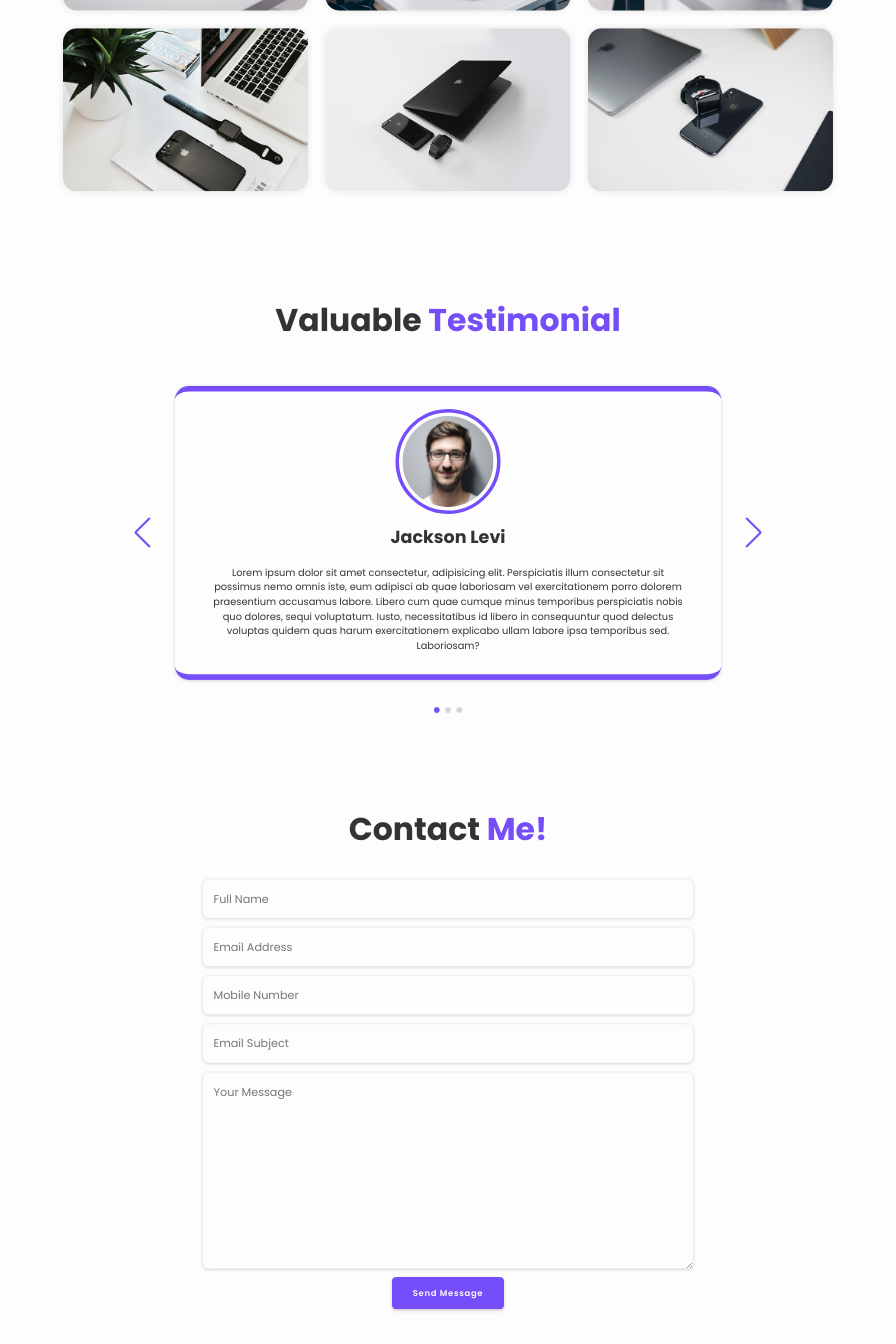
Repository: Gabi-Augusto/Portfolio
Page: index.html
The author's editor kept a copy of each file at every save. The page is drawn from the files as they stood at one save, then again after the next save.
The browser window is 1280 px wide. The pictures show the part of the page from y = 2536 to 4456 px (the page is 4456 px tall before and 4337 px after), at 70% of full size.

Above is the page before, as saved 2023-11-29 20:58:06.

### index.html
<!DOCTYPE html>
<html lang="en">

<head>
    <meta charset="UTF-8">
    <meta http-equiv="X-UA-Compatible" content="IE=edge">
    <meta name="viewport" content="width=device-width, initial-scale=1.0">
    <title>Portfolio Website Design | Gabriela Augusto</title>

    <!-- swiper css -->
    <link rel="stylesheet" href="https://cdn.jsdelivr.net/npm/swiper@9/swiper-bundle.min.css" />

    <!-- box icons -->
    <link href='https://unpkg.com/boxicons@2.1.4/css/boxicons.min.css' rel='stylesheet'>

    <!-- custom css -->
    <link rel="stylesheet" href="css/style.css">
</head>

<body>

    <!-- header design -->
    <header class="header">
        <a href="#" class="logo">Portfolio.</a>

        <nav class="navbar">
            <a href="#home" class="active">Home</a>
            <a href="#about">About</a>
            <a href="#services">Services</a>
            <a href="#portfolio">Portfolio</a>
            <a href="#contact">Contact</a>
        </nav>

        <div class="bx bx-moon" id="darkMode-icon"></div>
    </header>

    <!-- home section design -->
    <section class="home" id="home">
        <div class="home-content">
            <h3>Hello, I am</h3>
            <h1>Gabriela Augusto</h1>
            <p>Lorem ipsum, dolor sit amet consectetur adipisicing elit. Veritatis sequi amet numquam sunt eius quae deleniti dolore voluptatum.</p>

            <div class="social-media">
                <a href="#"><i class='bx bxl-instagram-alt'></i></a>
                <a href="#"><i class='bx bxl-linkedin' ></i></a>
                <a href="#"><i class='bx bxl-github' ></i></a>
            </div>

            <a href="#" class="btn">Download CV</a>
        </div>

        <div class="profession-container">
            <div class="profession-box">
                <div class="profession" style="--i:0;">
                    <i class='bx bx-cloud'></i>
                    <h3>Salesforce Developer</h3>
                </div>
                <div class="profession" style="--i:1;">
                    <i class='bx bx-bulb'></i>
                    <h3>Business Analyst</h3>
                </div>
                <div class="profession" style="--i:2;">
                    <i class='bx bx-palette'></i>
                    <h3>Web Designer</h3>
                </div>
                <div class="profession" style="--i:3;">
                    <i class='bx bx-code-alt' ></i>
                    <h3>FullStack Developer</h3>
                </div>
                <div class="circle"></div>
            </div>
            <div class="overlay"></div>
        </div>
        <div class="home-img">
            <img src="imagens/home.png" alt="">
        </div>
    </section>

    <!-- about section design -->

    <section class="about" id="about">
        <div class="about-img">
            <img src="imagens/about.png" alt="">
        </div>

        <div class="about-content">
            <h2 class="heading">About <span>Me</span></h2>
            <h3>Hi, I'm Here To Help Your Next Project!</h3>
            <p>Lorem ipsum dolor sit, amet consectetur adipisicing elit. Consequatur laudantium reiciendis voluptates maxime optio cumque accusantium sunt temporibus cupiditate! Sed mollitia id doloribus nesciunt odit harum, praesentium aliquid. Soluta, harum est eveniet quos provident veritatis eaque ullam voluptate laudantium deleniti?</p>
            <a href="#" class="btn">Read More</a>
        </div>
    </section>

    <!-- services section design -->

    <section class="services" id="services">
        <h2 class="heading">My <span>Services</span></h2>

        <div class="services-container">
            <div class="services-box">
                <i class='bx bx-code-alt' ></i>
                <h3>Salesforce Development</h3>
                <p>Lorem ipsum dolor sit amet consectetur adipisicing elit. Corrupti quidem blanditiis error dignissimos. Quos eligendi totam quod nesciunt modi harum incidunt accusamus.</p>
                <a href="#" class="btn">Read More</a>
            </div>
            <div class="services-box">
                <i class='bx bxs-paint'></i>
                <h3>Graphic Design</h3>
                <p>Lorem ipsum dolor sit amet consectetur adipisicing elit. Corrupti quidem blanditiis error dignissimos. Quos eligendi totam quod nesciunt modi harum incidunt accusamus.</p>
                <a href="#" class="btn">Read More</a>
            </div>
            <div class="services-box">
                <i class='bx bx-bar-chart-alt'></i>
                <h3>Digital Marketing</h3>
                <p>Lorem ipsum dolor sit amet consectetur adipisicing elit. Corrupti quidem blanditiis error dignissimos. Quos eligendi totam quod nesciunt modi harum incidunt accusamus.</p>
                <a href="#" class="btn">Read More</a>
            </div>
        </div>
    </section>

    <!-- portfolio section design -->

    <section class="portfolio" id="portfolio">
        <h2 class="heading">Latest <span>Project</span></h2>

        <div class="portfolio-container">
            <div class="portfolio-box">
                <img src="imagens/portfolio1.jpg" alt="">

                <div class="portfolio-layer">
                    <h4>Web Desing</h4>
                    <p>Lorem ipsum dolor sit amet consectetur adipisicing elit. Asperiores, ut possimus!</p>
                    <a href="#"><i class='bx bx-link-external' ></i></a>
                </div>
            </div>

            <div class="portfolio-box">
                <img src="imagens/portfolio2.jpg" alt="">

                <div class="portfolio-layer">
                    <h4>Web Desing</h4>
                    <p>Lorem ipsum dolor sit amet consectetur adipisicing elit. Asperiores, ut possimus!</p>
                    <a href="#"><i class='bx bx-link-external' ></i></a>
                </div>
            </div>

            <div class="portfolio-box">
                <img src="imagens/portfolio3.jpg" alt="">

                <div class="portfolio-layer">
                    <h4>Web Desing</h4>
                    <p>Lorem ipsum dolor sit amet consectetur adipisicing elit. Asperiores, ut possimus!</p>
                    <a href="#"><i class='bx bx-link-external' ></i></a>
                </div>
            </div>

            <div class="portfolio-box">
                <img src="imagens/portfolio4.jpg" alt="">

                <div class="portfolio-layer">
                    <h4>Web Desing</h4>
                    <p>Lorem ipsum dolor sit amet consectetur adipisicing elit. Asperiores, ut possimus!</p>
                    <a href="#"><i class='bx bx-link-external' ></i></a>
                </div>
            </div>

            <div class="portfolio-box">
                <img src="imagens/portfolio5.jpg" alt="">

                <div class="portfolio-layer">
                    <h4>Web Desing</h4>
                    <p>Lorem ipsum dolor sit amet consectetur adipisicing elit. Asperiores, ut possimus!</p>
                    <a href="#"><i class='bx bx-link-external' ></i></a>
                </div>
            </div>

            <div class="portfolio-box">
                <img src="imagens/portfolio6.jpg" alt="">

                <div class="portfolio-layer">
                    <h4>Web Desing</h4>
                    <p>Lorem ipsum dolor sit amet consectetur adipisicing elit. Asperiores, ut possimus!</p>
                    <a href="#"><i class='bx bx-link-external' ></i></a>
                </div>
            </div>

        </div>
    </section>

    <!-- testimonial design -->

    <div class="testimonial-container">
        <h2 class="heading">Valuable <span>Testimonial</span></h2>

        <div class="testimonial-wrapper">
            <div class="testimonial-box mySwiper">
                <div class="testimonial-content swiper-wrapper">
                    <div class="testimonial-slide swiper-slide">
                        <img src="imagens/testimonial1.jpg" alt="">
                        <h3>Jackson Levi</h3>
                        <p>Lorem ipsum dolor sit amet consectetur, adipisicing elit. Perspiciatis illum consectetur sit possimus nemo omnis iste, eum adipisci ab quae laboriosam vel exercitationem porro dolorem praesentium accusamus labore. Libero cum quae cumque minus temporibus perspiciatis nobis quo dolores, sequi voluptatum. Iusto, necessitatibus id libero in consequuntur quod delectus voluptas quidem quas harum exercitationem explicabo ullam labore ipsa temporibus sed. Laboriosam?</p>
                    </div>

                    <div class="testimonial-slide swiper-slide">
                        <img src="imagens/testimonial2.jpg" alt="">
                        <h3>Flora Ocean</h3>
                        <p>Lorem ipsum dolor sit amet consectetur, adipisicing elit. Perspiciatis illum consectetur sit possimus nemo omnis iste, eum adipisci ab quae laboriosam vel exercitationem porro dolorem praesentium accusamus labore. Libero cum quae cumque minus temporibus perspiciatis nobis quo dolores, sequi voluptatum. Iusto, necessitatibus id libero in consequuntur quod delectus voluptas quidem quas harum exercitationem explicabo ullam labore ipsa temporibus sed. Laboriosam?</p>
                    </div>

                    <div class="testimonial-slide swiper-slide">
                        <img src="imagens/testimonial3.jpg" alt="">
                        <h3>Julian Grayson</h3>
                        <p>Lorem ipsum dolor sit amet consectetur, adipisicing elit. Perspiciatis illum consectetur sit possimus nemo omnis iste, eum adipisci ab quae laboriosam vel exercitationem porro dolorem praesentium accusamus labore. Libero cum quae cumque minus temporibus perspiciatis nobis quo dolores, sequi voluptatum. Iusto, necessitatibus id libero in consequuntur quod delectus voluptas quidem quas harum exercitationem explicabo ullam labore ipsa temporibus sed. Laboriosam?</p>
                    </div>
                </div>

                <div class="swiper-button-next"></div>
                <div class="swiper-button-prev"></div>
                <div class="swiper-pagination"></div>

            </div>
        </div>
    </div>

    <!-- contact section design -->

    <section class="contact" id="contact">
        <h2 class="heading">Contact <span>Me!</span></h2>

        <form action="#">

            <div class="input-box">
                <input type="text" placeholder="Full Name">
                <input type="email" placeholder="Email Address">
            </div>

            <div class="input-box">
                <input type="number" placeholder="Mobile Number">
                <input type="text" placeholder="Email Subject">
            </div>
            <textarea name="" id="" cols="30" rows="10" placeholder="Your Message"></textarea>
            <input type="submit" value="Send Message" class="btn">
        </form>
    </section>

    <!-- footer design -->


    <!-- scroll reveal -->
    <script src="https://unpkg.com/scrollreveal"></script>

    <!-- swiper js -->
    <script src="https://cdn.jsdelivr.net/npm/swiper@9/swiper-bundle.min.js"></script>

    <!-- custom js -->
    <script src="js/script.js"></script>
</body>

</html>

### css/style.css
@import url('https://fonts.googleapis.com/css2?family=Poppins:wght@300;400;500;600;700;800;900&display=swap');

* {
    margin: 0;
    padding: 0;
    box-sizing: border-box;
    text-decoration: none;
    border: none;
    outline: none;
    scroll-behavior: smooth;
    font-family: 'Poppins', sans-serif;
}

:root {
    --bg-color: #fdfdfd;
    --text-color: #333;
    --main-color: #754ef9;
    --white-color: #fdfdfd;
    --shadow-color: rgba(0, 0, 0, .2);
}

html {
    font-size: 62.5%;
    overflow-x: hidden;
}

body {
    background: var(--bg-color);
    color: var(--text-color);
}

.header {
    position: fixed;
    top: 0;
    left: 0;
    width: 100%;
    padding: 2rem 7%;
    background: transparent;
    display: flex;
    align-items: center;
    z-index: 100;
    transition: .5s;
}

.header.sticky {
    background: var(--bg-color);
    box-shadow: 0 .1rem 1rem var(--shadow-color);
}

.logo {
    font-size: 2.5rem;
    color: var(--main-color);
    font-weight: 600;
    cursor: default;
    margin-right: auto;
}

.navbar a {
    position: relative;
    font-size: 1.7rem;
    color: var(--white-color);
    font-weight: 500;
    margin-right: 3.5rem;
}

.header.sticky .navbar a {
    color: var(--text-color);
}

.header.sticky .navbar a.active {
    color: var(--main-color);
}

.navbar a.active::before{
    content: '';
    position: absolute;
    left: 0;
    bottom: -6px;
    width: 100%;
    height: .2rem;
    background: var(--white-color);
}

.header.sticky .navbar a::before {
    background: var(--main-color);
    opacity: .7;
}

#darkMode-icon {
    font-size: 2.4rem;
    color: var(--white-color);
    cursor: pointer;
}

.header.sticky #darkMode-icon{
    color: var(--text-color);
    opacity: .9;
}

section {
    min-height: 100vh;
    padding: 7rem 7% 2rem;
}

.home {
    display: flex;
    align-items: center;
}

.home .home-content {
    max-width: 44rem;
}

.home-content h3 {
    font-size: 3.2rem;
    font-weight: 700;
    line-height: .3;
}

.home-content h1 {
    font-size: 4.8rem;
    font-weight: 700;
    margin-bottom: .3rem;
}

.home-content p {
    font-size: 1.6rem;
}

.home-content .social-media a {
    display: inline-flex;
    justify-content: center;
    align-items: center;
    width: 4rem;
    height: 4rem;
    background: transparent;
    border: .2rem solid var(--main-color);
    border-radius: 50%;
    box-shadow: 0 .2rem .5rem  var(--shadow-color);
    font-size: 2rem;
    color: var(--main-color);
    margin: 2.5rem 1.5rem 3rem 0;
    transition: .5s ease;
}

.home-content .social-media a:hover {
    background: var(--main-color);
    color: var(--white-color);
}

.btn {
    display: inline-block;
    padding: 1.2rem 2.8rem;
    background: var(--main-color);
    border-radius: .6rem;
    box-shadow: 0 .2rem .5rem var(--shadow-color);
    font-size: 1.2rem;
    color: var(--white-color);
    letter-spacing: .1rem;
    font-weight: 600;
    border: .2rem solid transparent;
    transition: .5s ease;
}

.btn:hover {
    background: transparent;
    color: var(--main-color);
    border-color: var(--main-color);
}

.home .profession-container {
    position: absolute;
    top: 48%;
    right: 30px;
    transform: translateY(-50%);
    width: 680px;
    height: 680px;
    overflow: hidden;
    pointer-events: none;
}

.home .profession-container .profession-box {
    position: absolute;
    top: 0;
    right: 0;
    width: 680px;
    height: 680px;
    border-radius: 50%;
    display: flex;
    justify-content: center;
    align-items: center;
}

.home .profession-box .profession {
    position: absolute;
    left: 0;
    display: flex;
    align-items: center;
    flex-direction: column;
    color: var(--main-color);
    transform: rotate(calc(360deg / 4 * var(--i)));
    transform-origin: 340px;
    background: var(--bg-color);
    padding: 13px 0;
}

.home .profession-box .profession:nth-child(1) i {
    margin-right: 15px;
}

.home .profession-box .profession:nth-child(2),
.home .profession-box .profession:nth-child(4) {
    padding-bottom: 20px;
}

.home .profession i {
    font-size: 3.8rem;
}

.home .profession h3 {
    font-size: 2.4rem;
    line-height: 1;
    font-weight: 600;
}

.home .profession-box .circle {
    width: 520px;
    height: 520px;
    border: 3px solid var(--main-color);
    border-radius: 50%;
}

.home .profession-container .overlay {
    position: absolute;
    top: 0;
    right: 0;
    width: 0;
    height: 0;
    border-top: 340px solid var(--main-color);
    border-right: 340px solid var(--main-color);
    border-bottom: 340px solid var(--main-color);
    border-left: 340px solid transparent;
}

.home-img img {
    position: absolute;
    bottom: 0;
    top: 83px;
    right: 70px;
    width: 29%;
    pointer-events: none;
}

span {
    color: var(--main-color);
}

.about {
    display: flex;
    justify-content: center;
    align-items: center;
    gap: 6rem;
}

.about-img img {
    width: 40vw;
}

.heading {
    font-size: 4.5rem;
    text-align: center;
}

.about-content h2 {
    text-align: left;
    line-height: 1.2;
}

.about-content h3 {
    font-size: 2rem;
}

.about-content p {
    font-size: 1.6rem;
    margin: 2rem 0 3rem;
}

.services {
    min-height: auto;
    padding-bottom: 7rem;
}

.services h2 {
    margin-bottom: 5rem;
}

.services .services-container {
    display: flex;
    justify-content: center;
    align-items: center;
    flex-wrap: wrap;
    gap: 2rem;
}

.services-container .services-box {
    flex: 1 1 30rem;
    background: var(--bg-color);
    padding: 3rem 2rem 4rem;
    border-radius: 2rem;
    box-shadow: 0 .1rem .5rem var(--shadow-color);
    text-align: center;
    border-top: .6rem solid var(--main-color);
    border-bottom: .6rem solid var(--main-color);
    transition: .5s ease;
}

.services-container .services-box:hover {
    box-shadow: 0 .1rem 2rem var(--shadow-color);
    transform: scale(1.02);
}

.services-box i {
    font-size: 7rem;
    color: var(--main-color);
}

.services-box h3 {
    font-size: 2.6rem;
    transition: .5s ease;
}

.services-box:hover h3 {
    color: var(--main-color);
}

.services-box p {
    font-size: 1.6rem;
    margin: 1rem 0 3rem;
}

.portfolio {
    padding-bottom: 10rem;
}

.portfolio h2 {
    margin-bottom: 4rem;
}

.portfolio .portfolio-container {
    display: grid;
    grid-template-columns: repeat(3, 1fr);
    align-items: center;
    gap: 2.5rem;
}

.portfolio-container .portfolio-box{
    position: relative;
    display: flex;
    border-radius: 2rem;
    box-shadow: 0 0 1rem rgba(0, 0, 0, .1);
    overflow: hidden;
}

.portfolio-box img {
    width: 100%;
    transition: .5s ease;
}

.portfolio-box:hover img {
    transform: scale(1.1);
}

.portfolio-box .portfolio-layer {
    position: absolute;
    bottom: 0;
    left: 0;
    width: 100%;
    height: 100%;
    background: linear-gradient(rgba(0, 0, 0, .1), var(--main-color));
    color: var(--white-color);
    display: flex;
    justify-content: center;
    align-items: center;
    flex-direction: column;
    text-align: center;
    padding: 0 4rem;
    opacity: 0;
    transition: .5s ease;
}

.portfolio-box:hover .portfolio-layer {
    opacity: 1;
}

.portfolio-layer h4 {
    font-size: 3rem;
}

.portfolio-layer p {
    font-size: 1.6rem;
    margin: .3rem 0 1rem;
}

.portfolio-layer a {
    display: inline-flex;
    justify-content: center;
    align-items: center;
    width: 5rem;
    height: 5rem;
    background: var(--white-color);
    border-radius: 50%;
}

.portfolio-layer a i {
    font-size: 2rem;
    color: #333;
}

.testimonial-container {
    display: flex;
    align-items: center;
    flex-direction: column;
    width: 100%;
    padding: 5rem 1rem;
}

.testimonial-container .testimonial-wrapper {
    position: relative;
    max-width: 90rem;
    width: 100%;
    padding: 5rem;
}

.testimonial-wrapper .testimonial-box {
    padding: 1rem;
    border-radius: 2rem;
    overflow: hidden;
}

.testimonial-content .testimonial-slide {
    display: flex;
    align-items: center;
    flex-direction: column;
    background: var(--bg-color);
    border-radius: 2rem;
    box-shadow: 0 .1rem .5rem var(--shadow-color);
    padding: 3rem 5rem;
    border-top: .8rem solid var(--main-color);
    border-bottom: .8rem solid var(--main-color);
}

.testimonial-slide img {
    width: 14rem;
    height: 14rem;
    object-fit: cover;
    border-radius: 50%;
    border: .5rem solid var(--bg-color);
    outline: .5rem solid var(--main-color);
}

.testimonial-slide h3 {
    font-size: 2.5rem;
    margin: 2rem 0;
}

.testimonial-slide p {
    font-size: 1.4rem;
    text-align: center;
}

.testimonial-box .swiper-button-next,
.testimonial-box .swiper-button-prev {
    color: var(--main-color);
}

.testimonial-box .swiper-button-next {
    right: 0;
}

.testimonial-box .swiper-button-prev {
    left: 0;
}

.testimonial-box .swiper-pagination-bullet {
    background: rgba(0, 0, 0, .8);
}

.testimonial-box .swiper-pagination-bullet-active {
    background: var(--main-color);
}

.contact h2 {
    margin-bottom: 3rem;
}

.contact form {
    max-width: 70rem;
    margin: 1rem auto;
    text-align: center;
    margin-bottom: 3rem;
}

.contact form .input-box {
    display: flex;
    justify-content: space-between;
    flex-wrap: wrap;
}

.contact form .input-box input,
.contact form textarea {
    width: 100%;
    padding: 1.5rem;
    font-size: 1.6rem;
    color: var(--text-color);
    background: var(--bg-color);
    border-radius: .8rem;
    margin: .7rem 0;
    box-shadow: 0 .1rem .5rem var(--shadow-color);
}

### js/script.js
/*========== menu icon navbar ==========*/
let menuIcon = document.querySelector('#menu-icon');
let navbar = document.querySelector('.navbar');


/*========== scroll sections active link ==========*/
let sections = document.querySelectorAll('section');
let navLinks = document.querySelectorAll('header nav a');

window.onscroll = () => {
    /*========== sticky navbar ==========*/
    let header = document.querySelector('.header');

    header.classList.toggle('sticky', window.scrollY > 100);
    /*========== remove menu icon navbar when click navbar link (scroll) ==========*/
};


/*========== swiper ==========*/

var swiper = new Swiper(".mySwiper", {
    slidesPerView: 1,
    spaceBetween: 50,
    loop: true,
    grabCursor: true,
    pagination: {
      el: ".swiper-pagination",
      clickable: true,
    },
    navigation: {
      nextEl: ".swiper-button-next",
      prevEl: ".swiper-button-prev",
    },
  });


/*========== dark light mode ==========*/

/*========== scroll reveal ==========*/

After the next save:
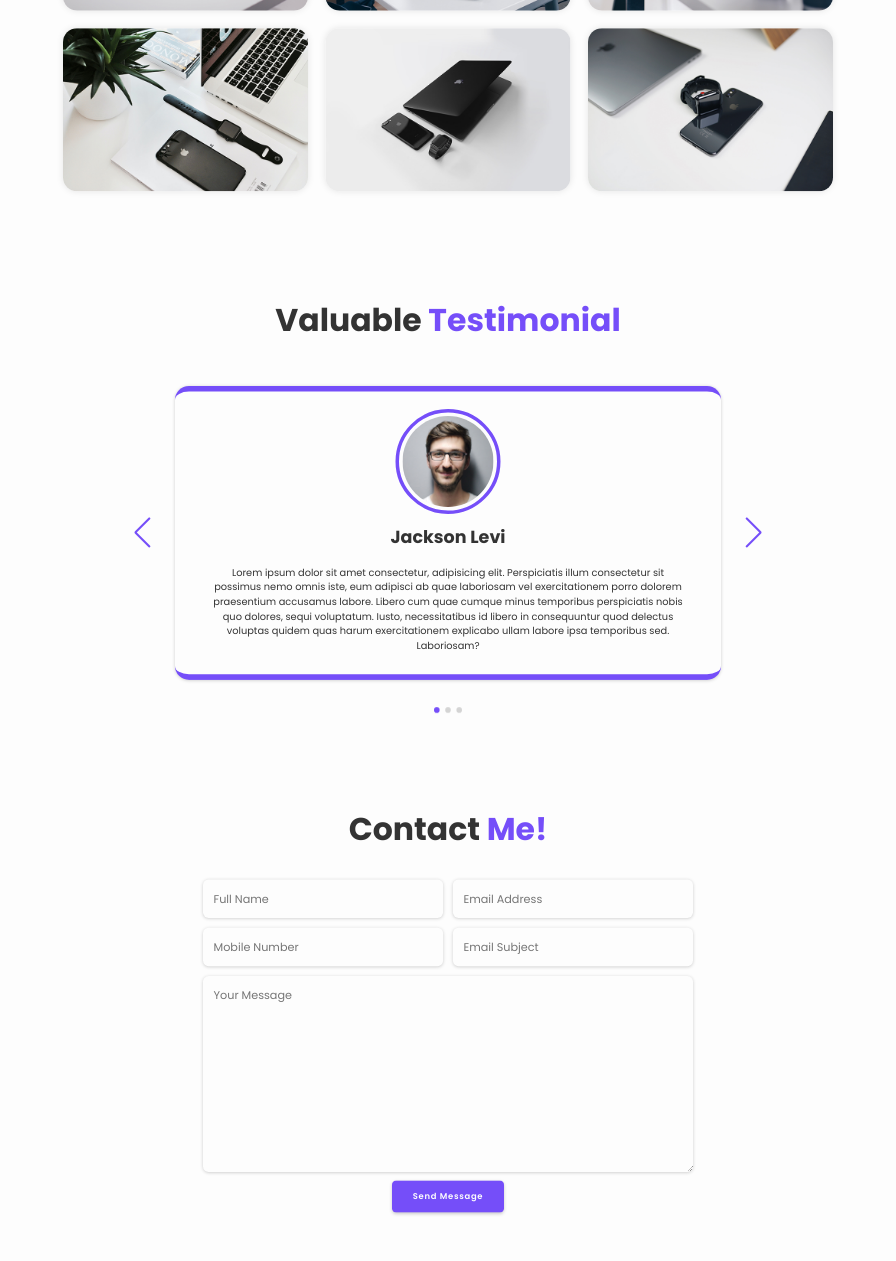
Saved 43 s later.
--- a/css/style.css
+++ b/css/style.css
@@ -517,3 +517,7 @@ span {
     margin: .7rem 0;
     box-shadow: 0 .1rem .5rem var(--shadow-color);
 }
+
+.contact form .input-box input {
+    width: 49%;
+}
